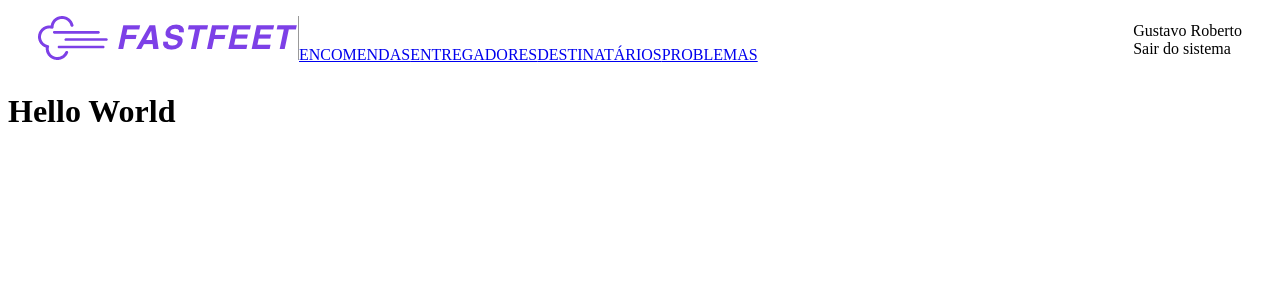
Repository: guuhx97/fastfeet
Page: / (app in frontend/)
An editor plug-in stored every save of this project. The page is shown before and after a run of saves, followed by the edit.
The browser window is 1280 px wide. The pictures show the whole page.
The project was rebuilt for these pictures with package versions that can differ from the ones it lists, and the page was loaded fresh each time.

Above is the page before, as saved 2020-06-26 15:06:40.

After the next 2 saves:
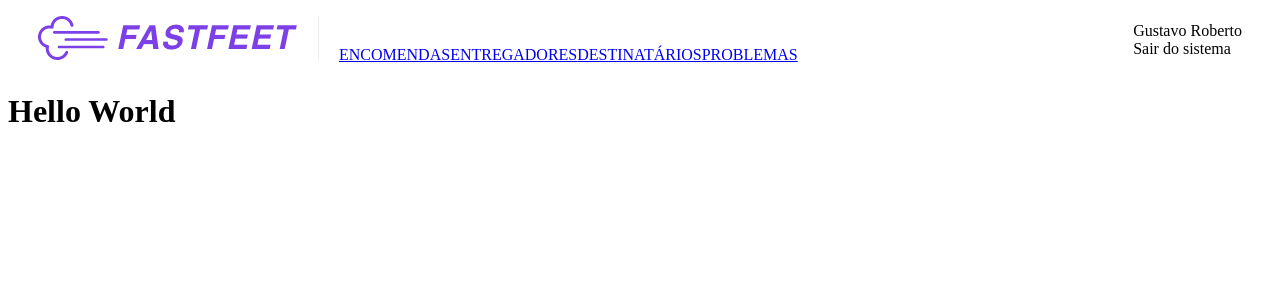
The 2 saves are shown as one change because they came seconds apart.
The last was saved 70 s later.
--- a/frontend/src/components/Header/styles.js
+++ b/frontend/src/components/Header/styles.js
@@ -14,7 +14,9 @@ export const Content = styled.div`
   align-items: center;
 
   img {
-    border-right: 1px solid #999;
+    margin-right: 20px;
+    padding-right: 20px;
+    border-right: 1px solid #eee;
   }
 `;
 
